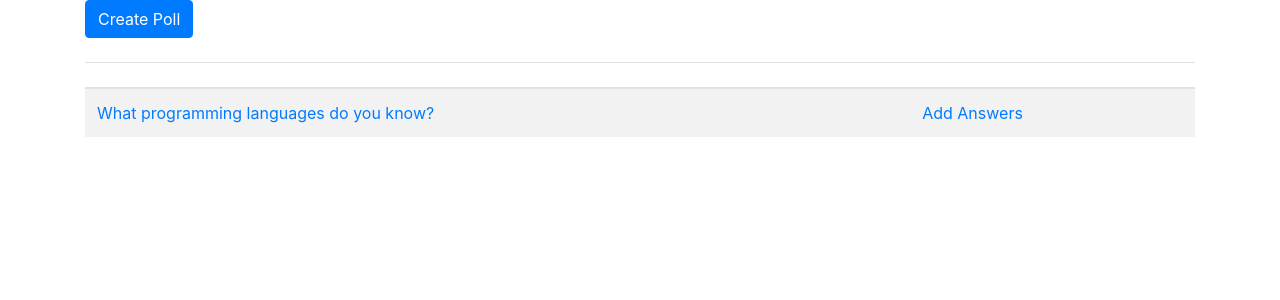
Repository: Thangtran1100/School-Stuff
Page: http://localhost/midtermPractice/ListPoll
These files come from the project's save history. The page is drawn as it stood at one moment and after the next save; the edit follows.
The browser window is 1280 px wide. The pictures show the whole page.
The page is served by Tomcat 9. Other server files are loaded and not shown.

Above is the page before, as saved 2023-04-04 00:33:15.

### Spring 2023/CS3220/Practice/midtermPractice/src/main/webapp/ListPoll.jsp
<%@ taglib prefix="c" uri="http://java.sun.com/jsp/jstl/core"%>
<%@page contentType="text/html" pageEncoding="UTF-8"%>
<!DOCTYPE html>
<html>
<head>
<meta charset="UTF-8">
<title>List of Polls</title>
<link rel="stylesheet"
	href="https://maxcdn.bootstrapcdn.com/bootstrap/4.0.0/css/bootstrap.min.css">
</head>
<body>



	<div class="container">


		<a href="CreatePoll" class="btn btn-primary">Create Poll</a> <br>
		<br>

		<table class="table table-striped table-hover">
			<thead>
				<tr>
					<th></th>
					<th></th>
				</tr>
			</thead>

			<tbody>
				<c:forEach var="poll" items="${polls}">
					<tr>
						<td><a href="DisplayPoll?question=${poll.question}">
								${poll.question} </a></td>
						<td><a href="AddAnswer?questionId=${poll.getId()}">Add Answers</a></td>
					</tr>
				</c:forEach>
			</tbody>
		</table>

	</div>
</body>
</html>

### Spring 2023/CS3220/Practice/midtermPractice/src/main/java/midtermPractice/servlet/ListPoll.java
package midtermPractice.servlet;

import java.io.IOException;
import java.util.ArrayList;
import java.util.List;

import javax.servlet.ServletConfig;
import javax.servlet.ServletException;
import javax.servlet.annotation.WebServlet;
import javax.servlet.http.HttpServlet;
import javax.servlet.http.HttpServletRequest;
import javax.servlet.http.HttpServletResponse;

import model.PollEntry;

/**
 * Servlet implementation class ListPoll
 */
@WebServlet("/ListPoll")
public class ListPoll extends HttpServlet {
	private static final long serialVersionUID = 1L;

	public void init(ServletConfig config) throws ServletException {
		super.init(config);


		List<PollEntry> pollEntries = new ArrayList<PollEntry>();
		PollEntry pollEntry = new PollEntry();


		pollEntry.setQuestion("What programming languages do you know?");
		pollEntry.getAnswers().add("Java");
		pollEntry.getAnswers().add("Python");
		pollEntry.getAnswers().add("C/C++");
		pollEntries.add(pollEntry);
		getServletContext().setAttribute("polls", pollEntries);

	}

    /**
     * @see HttpServlet#HttpServlet()
     */
    public ListPoll() {
        super();
        // TODO Auto-generated constructor stub
    }

	/**
	 * @see HttpServlet#doGet(HttpServletRequest request, HttpServletResponse response)
	 */
	protected void doGet(HttpServletRequest request, HttpServletResponse response) throws ServletException, IOException {
		// TODO Auto-generated method stub
		request.getRequestDispatcher("ListPoll.jsp").forward(request, response);
	}

	/**
	 * @see HttpServlet#doPost(HttpServletRequest request, HttpServletResponse response)
	 */
	protected void doPost(HttpServletRequest request, HttpServletResponse response) throws ServletException, IOException {
		// TODO Auto-generated method stub
		doGet(request, response);
	}

}

### Spring 2023/CS3220/Practice/midtermPractice/src/main/java/model/PollEntry.java
package model;

import java.util.ArrayList;
import java.util.List;

public class PollEntry {


	static int idSeed = 1;

	private int id;
	private String question;

	private List<String> answers;

	private boolean singleChoice;

	public PollEntry() {
		id = idSeed++;
		answers = new ArrayList<String>();
	}


	public int getId() {
		return id;
	}


	public void setId(int id) {
		this.id = id;
	}


	public String getQuestion() {
		return question;
	}


	public void setQuestion(String question) {
		this.question = question;
	}


	public List<String> getAnswers() {
		return answers;
	}


	public void setAnswers(List<String> answers) {
		this.answers = answers;
	}


	public boolean isSingleChoice() {
		return singleChoice;
	}


	public void setSingleChoice(boolean singleChoice) {
		this.singleChoice = singleChoice;
	}

}

After the next save:
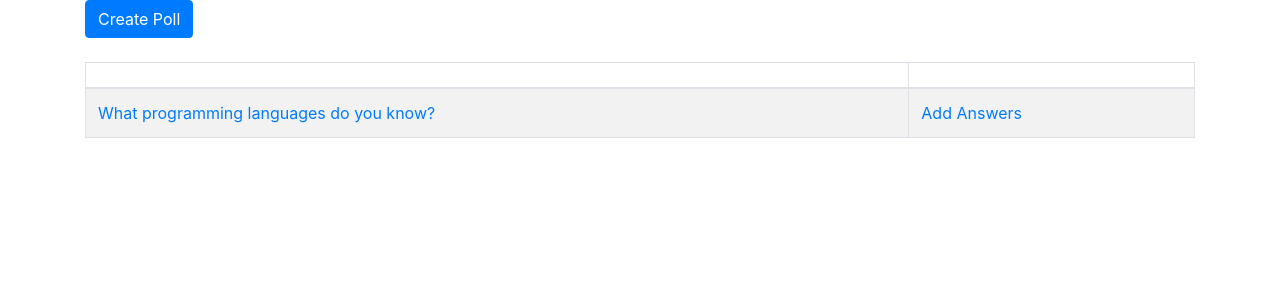
Saved 53 s later.
--- a/Spring 2023/CS3220/Practice/midtermPractice/src/main/webapp/ListPoll.jsp
+++ b/Spring 2023/CS3220/Practice/midtermPractice/src/main/webapp/ListPoll.jsp
@@ -18,7 +18,7 @@
 		<a href="CreatePoll" class="btn btn-primary">Create Poll</a> <br>
 		<br>
 
-		<table class="table table-striped table-hover">
+		<table class="table table-striped table-bordered">
 			<thead>
 				<tr>
 					<th></th>
